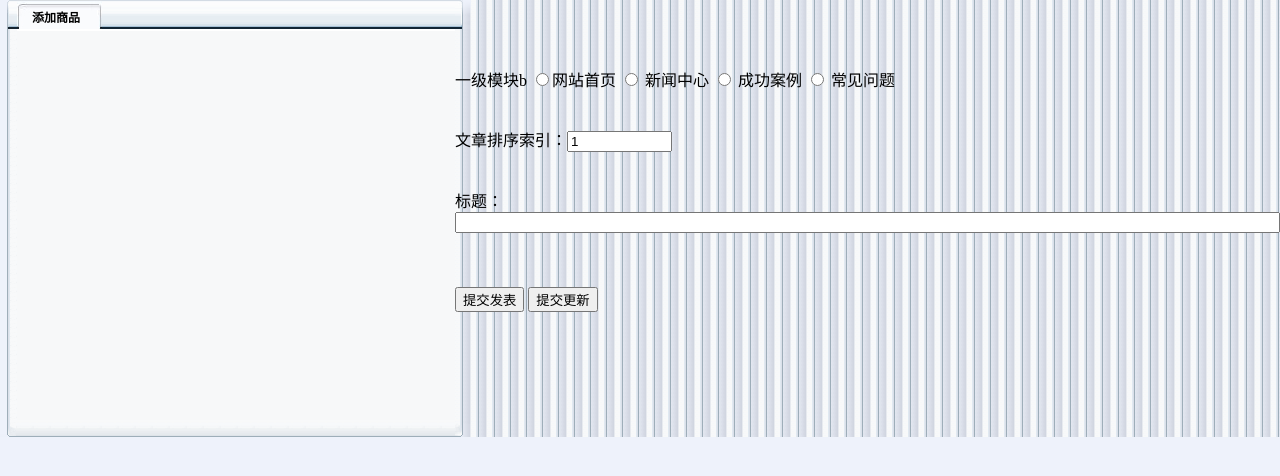
Repository: wzhcxw/shop
Page: ShopOnline/WebContent/admin/editor.html
These files come from the project's save history. The page is drawn as it stood at one moment and after the next save; the edit follows.
The browser window is 1280 px wide. The pictures show the whole page.

Above is the page before, as saved 2014-09-25 02:21:09.

### ShopOnline/WebContent/admin/editor.html
<link href="../admin/images/skin.css" rel="stylesheet" type="text/css" />
<meta http-equiv="Content-Type" content="text/html; charset=UTF-8" />
<head>
	<script src="../admin/js/ckeditor.js"></script>
	<script  src="../js/jquery-1.7.2.min.js"></script>
	<script  src="../js/jsbase64.js"></script>
	<script  src = "../js/json.js"></script>


	<script>
		var editor, html = '';
		function createEditor() {
			if ( editor ){
				return;
			}

			var config = {};
			editor = CKEDITOR.appendTo( 'editor', config, html );
			pase();
		}

		var editor11 = CKEDITOR.instances.editor;

		function postss(){
			var seconduiid = $("input[name='seconduiid']:checked").val();

			var uiid = $("input[name='whichpage']:checked").val();
	        var titleValue =document.getElementById("title").value;
	        var sortvalue =	document.getElementById("sort").value;
	        var base64 = new Base64();
	        var srccontent = base64.encode(editor.getData());
	        srccontent = srccontent.replace('+', '_');
	        srccontent = srccontent.replace('/', '-');

			var jsonStr = {seconduiid:seconduiid,sort:sortvalue,uiid:uiid,title:titleValue,content:srccontent};
			jsonStr = JSON.stringify(jsonStr);

			var  urll = "";
			if(document.getElementById("button").style.display == 'block'){
				urll = "./news/addnews.do";

			}else{

				urll = "./news/updatanews.do";
			}

		    $.post(urll,jsonStr,
		    function(data){
		      if(data.flag == "0"){
		      	alert(data.message);
		      	document.getElementById("button").style.display="block";
				document.getElementById("buttongengxin").style.display="none";

		      }

		    });

		}

		function urlpser(url){
			url = decodeURIComponent(url);

			var index = url.indexOf("?");
			if(index > 0){
				var jsonstr = url.substr(index+1);

				var news = JSON.parse(jsonstr);
				if(news.title!== null && news.title!=""){
					init(news);


				}
				document.getElementById("button").style.display="none";
				document.getElementById("buttongengxin").style.display="block";
			}
			else{
				document.getElementById("button").style.display="block";
				document.getElementById("buttongengxin").style.display="none";

			}



		}
		function init(news){
			var jsonStr = {seconduiid:"d",sort:"d",uiid:"d",title:news.title,content:"d"};
			jsonStr = JSON.stringify(jsonStr);
			$.post("./news/getnewsbytitle.do",jsonStr,
		    function(data){
		      if(data.flag == "0"){
			        var array = JSON.parse(data.datas);
					if(array.length > 0){

						document.getElementById("title").value = array[0].title;
						document.getElementById("sort").value = array[0].sort;
				        var base64 = new Base64();
				        var srccontent = array[0].content;

				        srccontent = srccontent.replace('_', '+');
	        			srccontent = srccontent.replace('-', '/');
	        			var srccontent = base64.decode(srccontent);

	        			editor.setData( srccontent );
					}
		      }

		    });


		}


		function pase(){
			urlpser(this.location.href);
		}

		function writeSecondMod(obj){
		if(obj.value == 'home')
   			document.getElementById("secondmod").innerHTML = '<body id = "secondemodd">二级模块：<input type="radio" name="seconduiid" value="newss" />新闻中心<input type="radio" name="seconduiid" value="sucessexamples" />成功案例</body>';
		else
			document.getElementById('secondmod').innerHTML = "";
		}
	</script>
</head>
<style type="text/css">
<!--
body {
margin-left: 0px;
margin-top: 0px;
margin-right: 0px;
margin-bottom: 0px;
background-color: #EEF2FB;
}
-->
</style>
<body>
<table width="100%" border="0" cellpadding="0" cellspacing="0">
<tr>
<td width="17" valign="top" background="../admin/images/mail_leftbg.gif"><img src="../admin/images/left-top-right.gif" width="17" height="29" /></td>
<td valign="top" background="../admin/images/content-bg.gif"><table width="100%" height="31" border="0" cellpadding="0" cellspacing="0" class="left_topbg" id="table2">
<tr>
<td height="31"><div class="titlebt">添加商品</div></td>
</tr>
</table></td>
<td width="16" valign="top" background="../admin/images/mail_rightbg.gif"><img src="../admin/images/nav-right-bg.gif" width="16" height="29" /></td>
</tr>


<tr>
<td valign="middle" background="../admin/images/mail_leftbg.gif">&nbsp;</td>
<td valign="top" bgcolor="#F7F8F9">&nbsp;</td>
<td background="../admin/images/mail_rightbg.gif">&nbsp;



 	<br>
	<br>
	一级模块b
	<input type="radio" onclick="writeSecondMod(this)" name="whichpage" value="home" />网站首页
	<input type="radio" onclick="writeSecondMod(this)" name="whichpage" value="news" /> 新闻中心
	<input type="radio" onclick="writeSecondMod(this)" name="whichpage" value="sucessexample" /> 成功案例
	<input type="radio" onclick="writeSecondMod(this)" name="whichpage" value="ofquestion" /> 常见问题
	<br/>

	<div id="secondmod"> </div>
		<br/>
		文章排序索引：<input id="sort" value="1" size="10" type="text"><br>
	<br>
	<br/>
		标题：<input id="title"  size="100" type="text"><br>
	<br>
	<br>
		<div id="editor">
		</div><br>
	<!-- This div will hold the editor. -->

		<button size="20" type=hidden onclick="postss()" id="button">提交发表</button>
		<button size="20" type=hidden onclick="postss()" id="buttongengxin">提交更新</button>
	<br>
	<br>
	<br>
	<br/>
	<br/>
	<br/>
	<br>
	<h1></h1>





</td>
</tr>
<tr>
<td valign="bottom" background="../admin/images/mail_leftbg.gif"><img src="../admin/images/buttom_left2.gif" width="17" height="17" /></td>
<td background="../admin/images/buttom_bgs.gif"><img src="../admin/images/buttom_bgs.gif" width="17" height="17"></td>
<td valign="bottom" background="../admin/images/mail_rightbg.gif"><img src="../admin/images/buttom_right2.gif" width="16" height="17" /></td>
</tr>
</table>
</body>

### ShopOnline/WebContent/js/jsbase64.js
/**
 * base64 de   en,
 */

function Base64() {

    // private property
    _keyStr = "ABCDEFGHIJKLMNOPQRSTUVWXYZabcdefghijklmnopqrstuvwxyz0123456789+/=";

    // public method for encoding
    this.encode = function (input) {
        var output = "";
        var chr1, chr2, chr3, enc1, enc2, enc3, enc4;
        var i = 0;
        input = _utf8_encode(input);
        while (i < input.length) {
            chr1 = input.charCodeAt(i++);
            chr2 = input.charCodeAt(i++);
            chr3 = input.charCodeAt(i++);
            enc1 = chr1 >> 2;
            enc2 = ((chr1 & 3) << 4) | (chr2 >> 4);
            enc3 = ((chr2 & 15) << 2) | (chr3 >> 6);
            enc4 = chr3 & 63;
            if (isNaN(chr2)) {
                enc3 = enc4 = 64;
            } else if (isNaN(chr3)) {
                enc4 = 64;
            }
            output = output +
            _keyStr.charAt(enc1) + _keyStr.charAt(enc2) +
            _keyStr.charAt(enc3) + _keyStr.charAt(enc4);
        }

        return output;
    }

    // public method for decoding
    this.decode = function (input) {
        var output = "";
        var chr1, chr2, chr3;
        var enc1, enc2, enc3, enc4;
        var i = 0;
        input = input.replace(/[^A-Za-z0-9\+\/\=]/g, "");
        while (i < input.length) {
            enc1 = _keyStr.indexOf(input.charAt(i++));
            enc2 = _keyStr.indexOf(input.charAt(i++));
            enc3 = _keyStr.indexOf(input.charAt(i++));
            enc4 = _keyStr.indexOf(input.charAt(i++));
            chr1 = (enc1 << 2) | (enc2 >> 4);
            chr2 = ((enc2 & 15) << 4) | (enc3 >> 2);
            chr3 = ((enc3 & 3) << 6) | enc4;
            output = output + String.fromCharCode(chr1);
            if (enc3 != 64) {
                output = output + String.fromCharCode(chr2);
            }
            if (enc4 != 64) {
                output = output + String.fromCharCode(chr3);
            }
        }
        output = _utf8_decode(output);
        return output;
    }

    // private method for UTF-8 encoding
    _utf8_encode = function (string) {
        string = string.replace(/\r\n/g,"\n");
        var utftext = "";
        for (var n = 0; n < string.length; n++) {
            var c = string.charCodeAt(n);
            if (c < 128) {
                utftext += String.fromCharCode(c);
            } else if((c > 127) && (c < 2048)) {
                utftext += String.fromCharCode((c >> 6) | 192);
                utftext += String.fromCharCode((c & 63) | 128);
            } else {
                utftext += String.fromCharCode((c >> 12) | 224);
                utftext += String.fromCharCode(((c >> 6) & 63) | 128);
                utftext += String.fromCharCode((c & 63) | 128);
            }

        }
        return utftext;
    }

    // private method for UTF-8 decoding
    _utf8_decode = function (utftext) {
        var string = "";
        var i = 0;
        var c = c1 = c2 = 0;
        while ( i < utftext.length ) {
            c = utftext.charCodeAt(i);
            if (c < 128) {
                string += String.fromCharCode(c);
                i++;
            } else if((c > 191) && (c < 224)) {
                c2 = utftext.charCodeAt(i+1);
                string += String.fromCharCode(((c & 31) << 6) | (c2 & 63));
                i += 2;
            } else {
                c2 = utftext.charCodeAt(i+1);
                c3 = utftext.charCodeAt(i+2);
                string += String.fromCharCode(((c & 15) << 12) | ((c2 & 63) << 6) | (c3 & 63));
                i += 3;
            }
        }
        return string;
    }
}

Loaded but not shown: ShopOnline/WebContent/admin/images/skin.css (common file); ShopOnline/WebContent/admin/js/ckeditor.js (library); ShopOnline/WebContent/js/jquery-1.7.2.min.js (library); ShopOnline/WebContent/js/json.js (493 lines, source omitted)

After the next save:
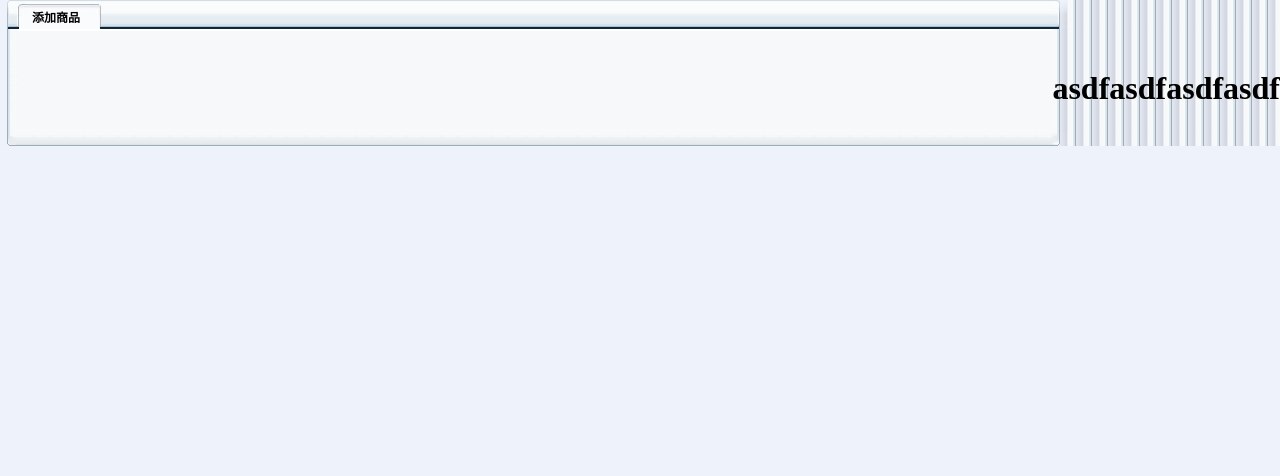
Saved 2 min 9 s later.
--- a/ShopOnline/WebContent/admin/editor.html
+++ b/ShopOnline/WebContent/admin/editor.html
@@ -151,42 +151,7 @@
 <td valign="top" bgcolor="#F7F8F9">&nbsp;</td>
 <td background="../admin/images/mail_rightbg.gif">&nbsp;
 
-
-
- 	<br>
-	<br>
-	一级模块b
-	<input type="radio" onclick="writeSecondMod(this)" name="whichpage" value="home" />网站首页
-	<input type="radio" onclick="writeSecondMod(this)" name="whichpage" value="news" /> 新闻中心
-	<input type="radio" onclick="writeSecondMod(this)" name="whichpage" value="sucessexample" /> 成功案例
-	<input type="radio" onclick="writeSecondMod(this)" name="whichpage" value="ofquestion" /> 常见问题
-	<br/>
-
-	<div id="secondmod"> </div>
-		<br/>
-		文章排序索引：<input id="sort" value="1" size="10" type="text"><br>
-	<br>
-	<br/>
-		标题：<input id="title"  size="100" type="text"><br>
-	<br>
-	<br>
-		<div id="editor">
-		</div><br>
-	<!-- This div will hold the editor. -->
-
-		<button size="20" type=hidden onclick="postss()" id="button">提交发表</button>
-		<button size="20" type=hidden onclick="postss()" id="buttongengxin">提交更新</button>
-	<br>
-	<br>
-	<br>
-	<br/>
-	<br/>
-	<br/>
-	<br>
-	<h1></h1>
-
-
-
+<h1>asdfasdfasdfasdf</h1>
 
 
 </td>
